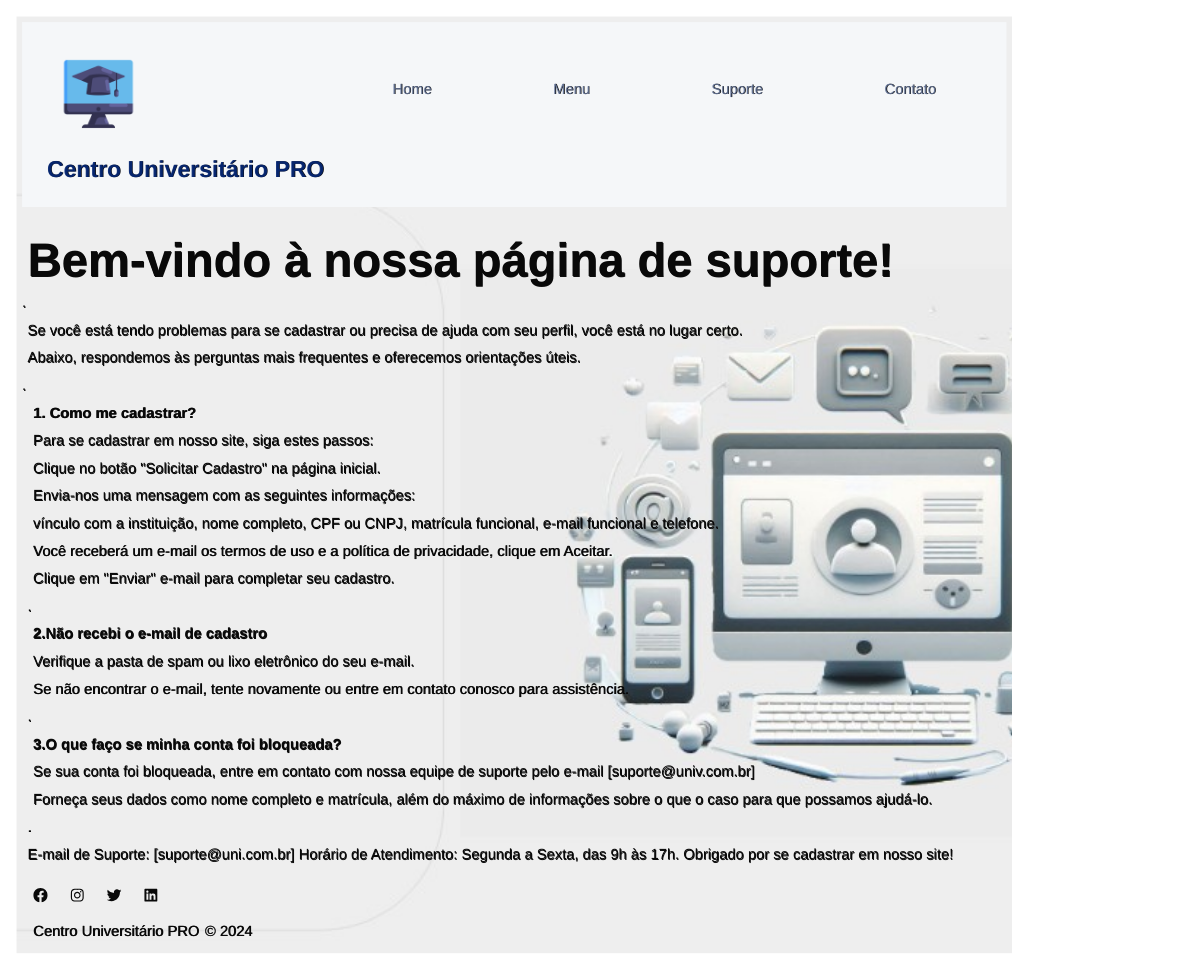
Repository: DanuziaRA/Cadastros-de-Usuarios
Page: /suporte
The author's editor kept a copy of each file at every save. The page is drawn from the files as they stood at one save, then again after a run of saves.
The browser window is 1280 px wide. The pictures show the whole page, at 92% of full size.
The project was rebuilt for these pictures with package versions that can differ from the ones it lists, and the page was loaded fresh each time. Also part of the build but not shown: vite.config.js, src/components/Footer.css, src/router/Contact.jsx, src/router/ErrorPage.jsx, src/router/ContactDetails.jsx, src/router/Login.css, src/router/Login.jsx, src/router/Menu.jsx and 10 more.

Above is the page before, as saved 2024-10-02 16:46:18.

After the next 3 saves:
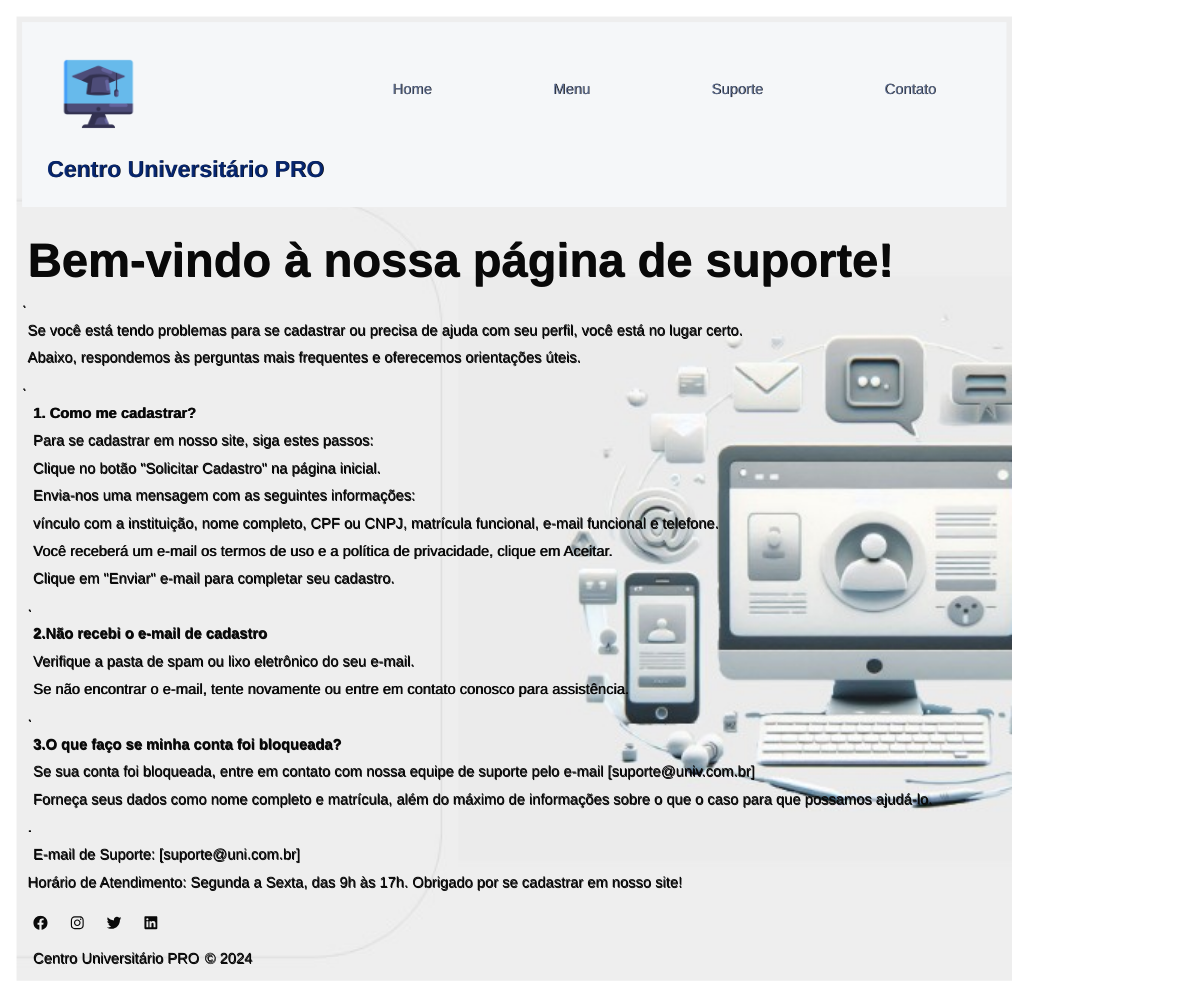
The 3 saves are shown as one change because 1 did not build or start and some came seconds apart.
The last was saved 11 s later.
--- a/src/router/Suporte.jsx
+++ b/src/router/Suporte.jsx
@@ -32,7 +32,7 @@ function Suporte() {
     </div>
 
     <div>
-        E-mail de Suporte: [suporte@uni.com.br]
+        <p>E-mail de Suporte: [suporte@uni.com.br]</p>
         Horário de Atendimento: Segunda a Sexta, das 9h às 17h.
 
 Obrigado por se cadastrar em nosso site!
